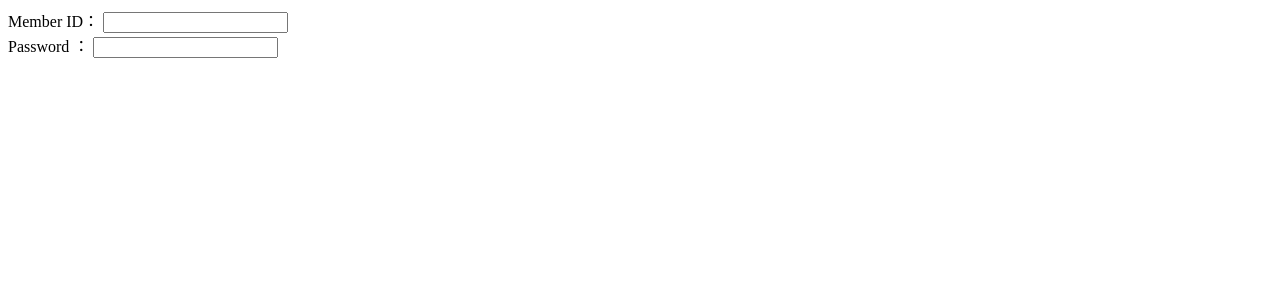
Repository: aiueo20/18ca0155
Page: SSP/kadai0302/WebContent/index.html
These files come from the project's save history. The page is drawn as it stood at one moment and after the next save; the edit follows.
The browser window is 1280 px wide. The pictures show the whole page.

Above is the page before, as saved 2018-12-03 03:14:54.

After the next save:
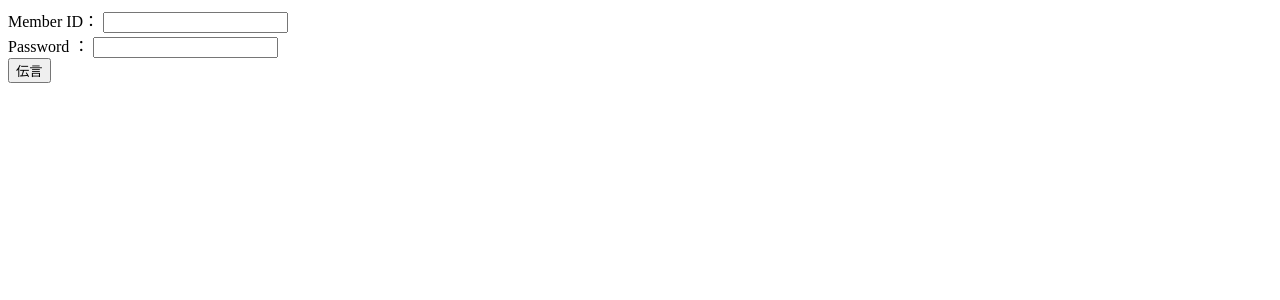
Saved 16 s later.
--- a/SSP/kadai0302/WebContent/index.html
+++ b/SSP/kadai0302/WebContent/index.html
@@ -8,6 +8,7 @@
 	<form action="" method="get">
 	Member ID： <input type="text"  name = "id"><br>
 	Password ： <input type="password"  name="pw"><br>
+	<input type="submit" value="伝言">
 
 
 	</form>
